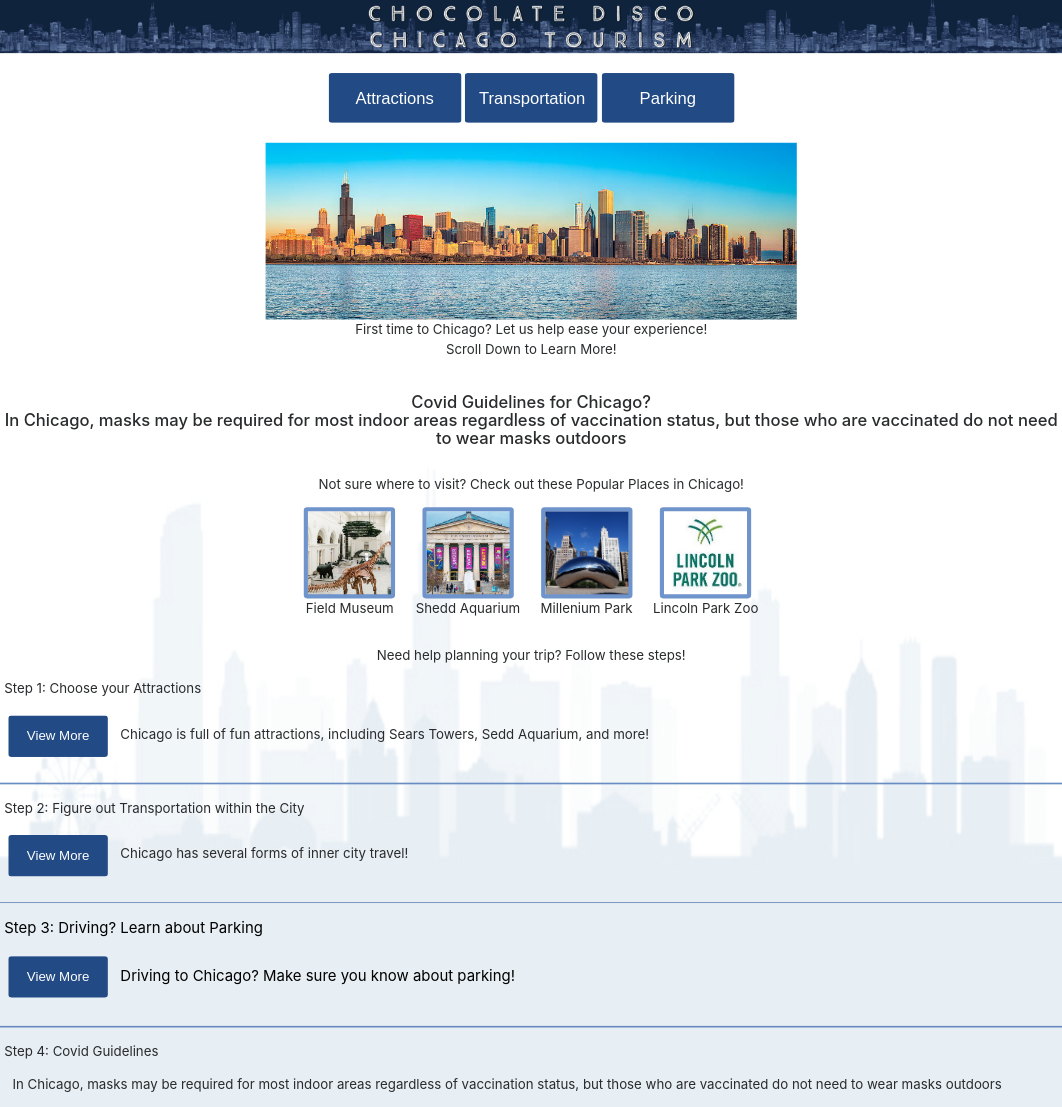
Repository: rkodit2/cs422project
Page: homepage.html
The author's editor kept a copy of each file at every save. The page is drawn from the files as they stood at one save, then again after the next save.
The browser window is 1280 px wide. The pictures show the whole page, at 83% of full size.

Above is the page before, as saved 2021-11-26 13:51:00.

After the next save:
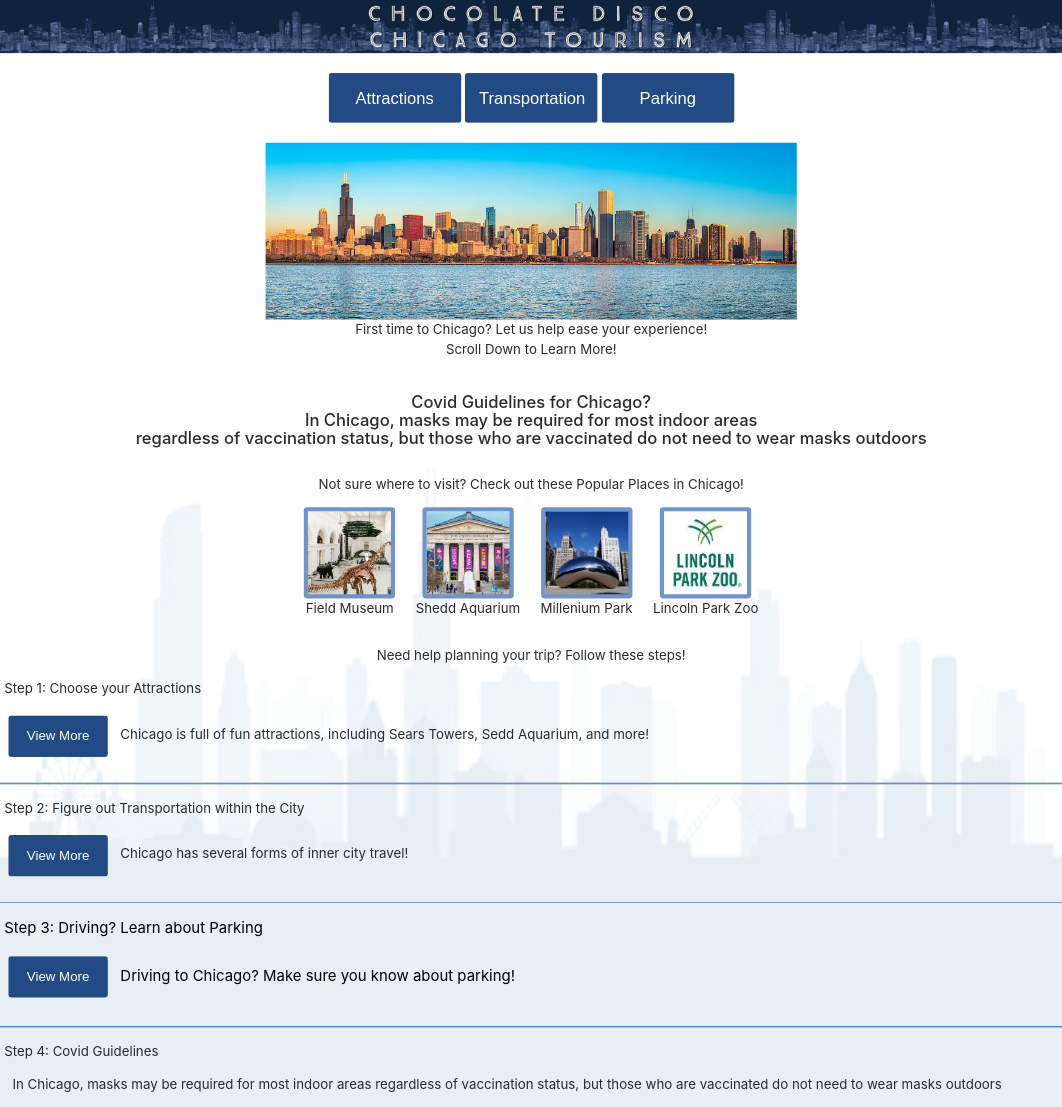
Saved 25 s later.
--- a/homepage.html
+++ b/homepage.html
@@ -32,7 +32,7 @@
     <img src="pictures/skyline.jpg" alt="mainpage skyline" class = "center">
     <p style="text-align: center;"> First time to Chicago? Let us help ease your experience! <br> Scroll Down to Learn More!</p>
     <br>
-    <h5 style = "text-align: center;">Covid Guidelines for Chicago? <br> In Chicago, masks may be required for most indoor areas regardless of vaccination status, but those who are vaccinated do not need to wear masks outdoors </h5>
+    <h5 style = "text-align: center;">Covid Guidelines for Chicago? <br> In Chicago, masks may be required for most indoor areas <br> regardless of vaccination status, but those who are vaccinated do not need to wear masks outdoors </h5>
     <br>
     <p style="text-align: center;">Not sure where to visit? Check out these Popular Places in Chicago! </p>
 
